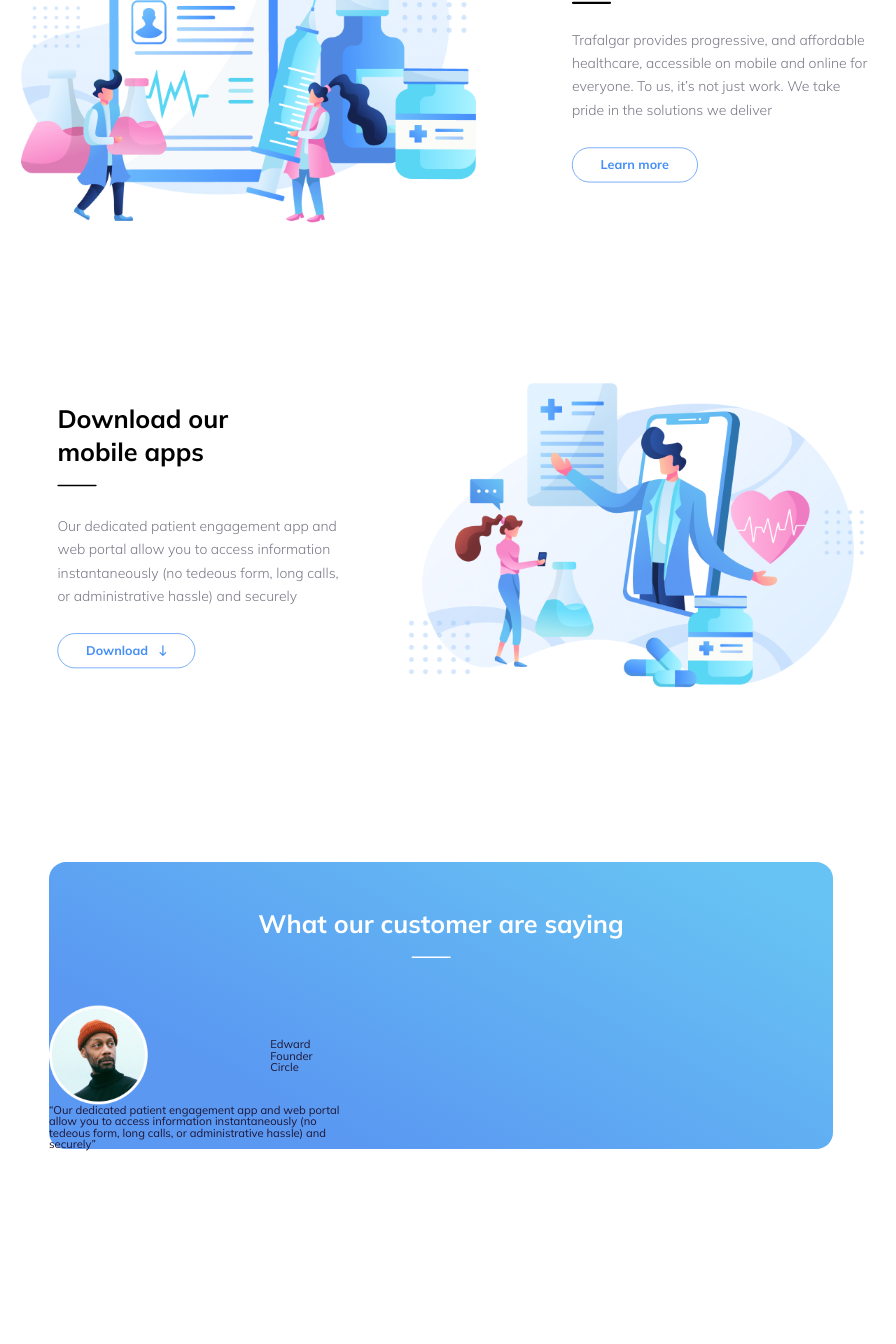
Repository: tungcutte35/Trafalgar
Page: index.html
These files come from the project's save history. The page is drawn as it stood at one moment and after the next save; the edit follows.
The browser window is 1280 px wide. The pictures show the part of the page from y = 2511 to 4431 px (the page is 4431 px tall before and 4354 px after), at 70% of full size.
The style sheet was rebuilt from its Sass, Less or Tailwind sources for each picture, by a compiler version that may differ from the author's.

Above is the page before, as saved 2021-10-18 00:27:00.

### index.html
<!DOCTYPE html>
<html lang="en">
<head>
  <meta charset="UTF-8">
  <meta http-equiv="X-UA-Compatible" content="IE=edge">
  <meta name="viewport" content="width=device-width, initial-scale=1.0">
  <title>Trafalgar</title>
  <link rel="stylesheet" href="./sass/css/app.css">
  <link rel="preconnect" href="https://fonts.googleapis.com">
  <link rel="preconnect" href="https://fonts.gstatic.com" crossorigin>
  <link href="https://fonts.googleapis.com/css2?family=Mulish:wght@300;400;700&display=swap" rel="stylesheet">
 <link rel="stylesheet" href="./font/fontawesome-free-5.15.4-web/css/all.min.css">
</head>
<body>
  <div class="wrapper">
    <header class="header">
    <div class="container">
      <div class="header-main">
        <img srcset="./Images/logo.png 2x" alt="" class="header-img">
        <ul class="menu">
          <li class="menu-item">
            <a href="#" class="menu-link menu-firsd">Home</a>
          </li>
          <li class="menu-item">
            <a href="#" class="menu-link">Find a doctor</a>
          </li>
          <li class="menu-item">
            <a href="#" class="menu-link">Apps</a>
          </li>
          <li class="menu-item">
            <a href="#" class="menu-link">Testimonials</a>
          </li>
          <li class="menu-item">
            <a href="#" class="menu-link">About us</a>
          </li>
          <li class="menu-log">
            <a href="#" class="button button--outline ">Login</a>
          </li>
          <li class="menu-log">
            <a href="#" class="button button--primary ">Logup</a>
          </li>
        </ul>
      </div>
    </div>
    </header>
    <section class="virtual">
      <div class="container">
        <div class="virtual-main">
          <div class="virtual-firsd">
            <h2 class="virtual-heading">Virtual
              for you</h2>
            <p class="text virtual-content">Trafalgar provides progressive, and affordable healthcare, accessible on mobile and online for everyone</p>
            <a href="#" class="button button--primary">Consult today</a>
          </div>
          <div class="virtual-img">
            <img srcset="./Images/img1.png 2x" alt="" class="virtual-imgs">
          </div>
        </div>
      </div>
    </section>
    <secction class="sevices">
      <div class="container">
        <div class="sevices-header">
          <h3 class="heading sevices-heading">Our services</h3>
          <p class="text sevices-content">We provide to you the best choiches for you. Adjust it to your health needs and make sure your undergo treatment with our highly qualified doctors you can consult with us which type of service is suitable for your health</p>
        </div>
        <div class="sevices-main">
          <div class="sevices-item">
            <div class="sevices-price">
            <img class="sevices-img" srcset="./Images/icon1.png 2x" alt="">
            </div>
            <h4 class="heading sevices-title">Search doctor</h4>
            <p class="text sevices-desc">Choose your doctor from thousands of specialist, general, and trusted hospitals</p>
          </div>
          <div class="sevices-item">
            <div class="sevices-price">
            <img class="sevices-img" srcset="./Images/icon2.png 2x" alt="">
            </div>
            <h4 class="heading sevices-title">Online pharmacy</h4>
            <p class="sevices-desc">Buy  your medicines with our mobile application with a simple delivery system</p>
          </div>
          <div class="sevices-item">
            <div class="sevices-price">
            <img class="text sevices-img" srcset="./Images/icon3.png 2x" alt="">
            </div>
            <h4 class="heading sevices-title">Consultation</h4>
            <p class="sevices-desc">Free consultation with our trusted doctors and get the best recomendations</p>
          </div>
          <div class="sevices-item">
            <div class="sevices-price">
            <img class="sevices-img" srcset="./Images/icon4.png 2x" alt="">
            </div>
            <h4 class="heading sevices-title">Details info</h4>
            <p class="text sevices-desc">Free consultation with our trusted doctors and get the best recomendations</p>
          </div>
          <div class="sevices-item">
            <div class="sevices-price">
            <img class="sevices-img" srcset="./Images/icon5.png 2x" alt="">
            </div>
            <h4 class="heading sevices-title">Emergency care</h4>
            <p class="text sevices-desc">You can get 24/7 urgent care for yourself or your children and your lovely family</p>
          </div>
          <div class="sevices-item">
            <div class="sevices-price">
            <img class="sevices-img" srcset="./Images/icon6.png 2x" alt="">
            </div>
            <h4 class="heading sevices-title">Tracking</h4>
            <p class="text sevices-desc">Track and save your medical history and health data </p>
          </div>
        </div>
        <a href="" class="button button--outline sevices-more">Learn more</a>
      </div>
    </secction>
    <section class="lead">
      <div class="container">
        <div class="lead-main">
          <div class="lead-img">
            <img srcset="./Images/img2.png 2x" alt="">
          </div>
          <div class="lead-firsd">
            <h3 class="heading lead-heading">
              Leading healthcare providers
            </h3>
          <div class="lead-title">
            <p class="text lead-content">
              Trafalgar provides progressive, and affordable healthcare, accessible on mobile and online for everyone. To us, it’s not just work. We take pride in the solutions we deliver
            </p>
          </div>
            <a href="#" class="button button--outline">Learn more</a>
          </div>


        </div>
      </div>
    </section>
    <section class="download">
      <div class="container">
        <div class="download-main">
          <div class="dowload-firds">
            <h3 class="heading download-heading">
              Download our mobile apps
            </h3>
            <p class="text download-content">
              Our dedicated patient engagement app and web portal allow you to access information instantaneously (no tedeous form, long calls, or administrative hassle) and securely
            </p>
            <a href="#" class="button button--outline">
              <span>Download</span>
              <img class="download-icon" src="./Images/Bottom.svg" alt="">
            </a>
          </div>
          <img srcset="./Images/img3.png 2x" alt="" class="download-img">
        </div>
      </div>
    </section>
    <section class="customer">
      <div class="container">
        <div class="customer-main">
          <div class="customer-firds">
            <h3 class="heading customer-heading">
              What our customer are saying
            </h3>
          </div>
          <div class="customer-seconds">
            <div class="customer-name">
              <img srcset="./Images/avt.png 2x" alt="">
              <span>
                Edward
                Founder Circle
              </span>
            </div>
            <div class="customer-desc">
              <p class="customer-content">
                “Our dedicated patient engagement app and web portal allow you to access information instantaneously (no tedeous form, long calls, or administrative hassle) and securely”
              </p>
            </div>
          </div>
        </div>
      </div>
    </section>
  </div>
<!-- sass app.scss css/app.css --watch -->

</body>
</html>

### sass/app.scss
@import "reset";
@import "variables";
@import "global";
@import "header";
@import "./menu";
@import "./virtual";
@import "./sevices";
@import "./lead";
@import "./download";
@import "./customer";

### sass/_variables.scss
$font: "Mulish", sans-serif;
$gray: #1f1534;
$heading-color: #000000;
$primary-color: #458ff6;
$footer-color: #fff;
$text-color: #7d7987;

### sass/_global.scss
.wrapper {
  max-width: 1600px;
  margin: 0 auto;
}
.container {
  max-width: 1260px;
  margin: 0 auto;
  padding: 0 20px;
}
body {
  font-family: $font;
  line-height: 1;
  font-size: 16px;
  color: $gray;
}
ul {
  list-style-type: none;
}
.button {
  display: inline-flex;
  justify-content: center;
  align-items: center;
  font-size: 18px;
  font-weight: 700;
  height: 50px;
  padding: 0 40px;
  border-radius: 55px;
  background-color: transparent;
  border: 0;
  outline: none;
  cursor: pointer;
  &--primary {
    color: #fff;
    background-color: $primary-color;
  }
  &--outline {
    color: $primary-color;
    border: 1.4px solid $primary-color;
  }
}
.heading {
  color: black;
  font-weight: 700;
}
.text {
  font-size: 18px;
  font-weight: 300;
  color: $text-color;
  line-height: calc(30 / 18);
}

### sass/_header.scss
.header {
  padding-top: 56px;
  margin-bottom: 70px;
  &-main {
    display: flex;
    justify-content: space-between;
    align-items: center;
  }
  &-log {
    display: flex;
    justify-content: space-between;
    align-items: center;
    gap: 0 40px;
  }
}

### sass/_menu.scss
.menu {
  display: flex;
  align-items: center;
  gap: 0 30px;
  &-link {
    color: #8f8a9a;
    font-size: 18px;
  }
  &-firsd {
    color: $gray;
    font-weight: 700;
  }
  &-link:after {
    display: block;
    content: "";
    border-bottom: solid 2px $primary-color;
    transform: scaleX(0);
    transition: transform 250ms ease-in-out;
  }
  &-link:hover:after {
    transform: scaleX(1);
  }
  &-link:hover {
    color: $primary-color;
  }
}

### sass/_virtual.scss
.virtual {
  margin-bottom: 175px;
  &-main {
    display: flex;
    justify-content: space-between;
    align-items: center;
  }
  &-firsd {
    width: 100%;
    max-width: 445px;
    padding-right: 2px;
  }
  &-heading {
    font-size: 48px;
    width: 100%;
    max-width: 197px;
    line-height: calc(56 / 48);
    margin-bottom: 25px;
  }
  &-content {
    font-size: 21px;
    font-weight: 300;
    line-height: calc(32 / 21);
    margin-bottom: 45px;
  }
}

### sass/_sevices.scss
.sevices {
  &-header {
    max-width: 952px;
    margin: 0 auto 35px;
    text-align: center;
  }
  &-heading {
    font-size: 36px;
    line-height: calc(56 / 36);
    position: relative;
    &::after {
      content: "";
      position: absolute;
      bottom: -23px;
      left: 47%;
      width: 56px;
      height: 2px;
      background-color: black;
    }
  }
  &-content {
    display: flex;
    align-items: center;
    justify-content: center;
    margin-top: 50px;
  }
  &-main {
    display: grid;
    grid-template-columns: repeat(3, 1fr);
    grid-gap: 37px 34px;
    max-width: 1120px;
    margin: 35px 40px;
    position: relative;
  }
  &-item {
    height: 350px;
    background-color: #fff;
    border-radius: 20px;
    box-shadow: 10px 40px 50px rgba(229, 233, 246, 0.4);
  }
  &-img {
    padding: 54px 0 23px 37px;
  }
  &-title {
    font-size: 24px;
    padding: 0 0 1px 38px;
  }
  &-desc {
    font-size: 16px;
    font-weight: 300;
    line-height: calc(28 / 16);
    max-width: 266px;
    margin-left: 38px;
  }
  &-price {
    height: 170px;
    width: auto;
  }
  &-more {
    margin: 190px 0;
    margin-left: 42%;
  }
}

### sass/_lead.scss
.lead {
  margin-bottom: 230px;
  &-main {
    display: flex;
    justify-content: space-between;
    align-items: center;
    gap: 0 137px;
  }
  &-img {
    width: 100%;
    max-width: 650px;
  }
  &-firsd {
    max-width: 486px;
    margin-top: -30px;
  }
  &-heading {
    font-size: 36px;
    line-height: calc(56 / 36);
    margin-bottom: 60px;
    position: relative;

    &::after {
      content: "";
      position: absolute;
      width: 56px;
      height: 3px;
      bottom: -26px;
      left: 0;
      border-radius: 10px;
      background-color: black;
    }
  }
  &-content {
    max-width: 430px;
    height: auto;
    font-size: 20px;
    line-height: calc(30 / 18);
    margin-bottom: 37px;
  }
}

### sass/_download.scss
.download {
  margin-bottom: 250px;
  margin-left: 62px;
  &-main {
    display: flex;
    justify-content: space-between;
    align-items: center;
    gap: 0 71px;
    width: 100%;
    max-width: 1156px;
    position: relative;
  }
  &-firsd {
    max-width: 420px;
    padding-left: 145px;
  }
  &-heading {
    max-width: 254px;
    font-size: 36px;
    line-height: calc(47 / 36);
    padding-bottom: 66px;
    position: relative;
    &::after {
      content: "";
      position: absolute;
      width: 56px;
      height: 2px;
      bottom: 40px;
      left: 0;
      border-radius: 6px;
      background-color: black;
    }
  }
  &-content {
    max-width: 410px;
    font-size: 20px;
    line-height: calc(30 / 18);
    margin-bottom: 37px;
  }
  &-icon {
    padding-left: 15px;
  }
}

### sass/_customer.scss
.customer {
  margin-bottom: 278px;
  &-main {
    max-width: 1120px;
    margin-left: 40px;
    background: linear-gradient(208.18deg, #67c3f3 9.05%, #5a98f2 76.74%);
    border-radius: 24px;
  }
  &-firds {
    display: flex;
    align-items: center;
    justify-content: center;
  }
  &-heading {
    max-width: 522px;
    font-size: 36px;
    color: white;
    line-height: calc(48 / 36);
    margin-top: 64px;
    position: relative;
    margin-bottom: 93px;
    &::after {
      content: "";
      position: absolute;
      bottom: -25px;
      left: 42%;
      width: 56px;
      height: 2px;
      background-color: white;
      border-radius: 6px;
    }
  }
  &-seconds {
    max-width: 420px;
  }
  &-name {
    display: flex;
    justify-content: space-between;
    align-items: center;
    gap: 0 175px;
  }
}

Loaded but not shown: font/fontawesome-free-5.15.4-web/css/all.min.css (library); sass/_reset.scss (common file)

After the next save:
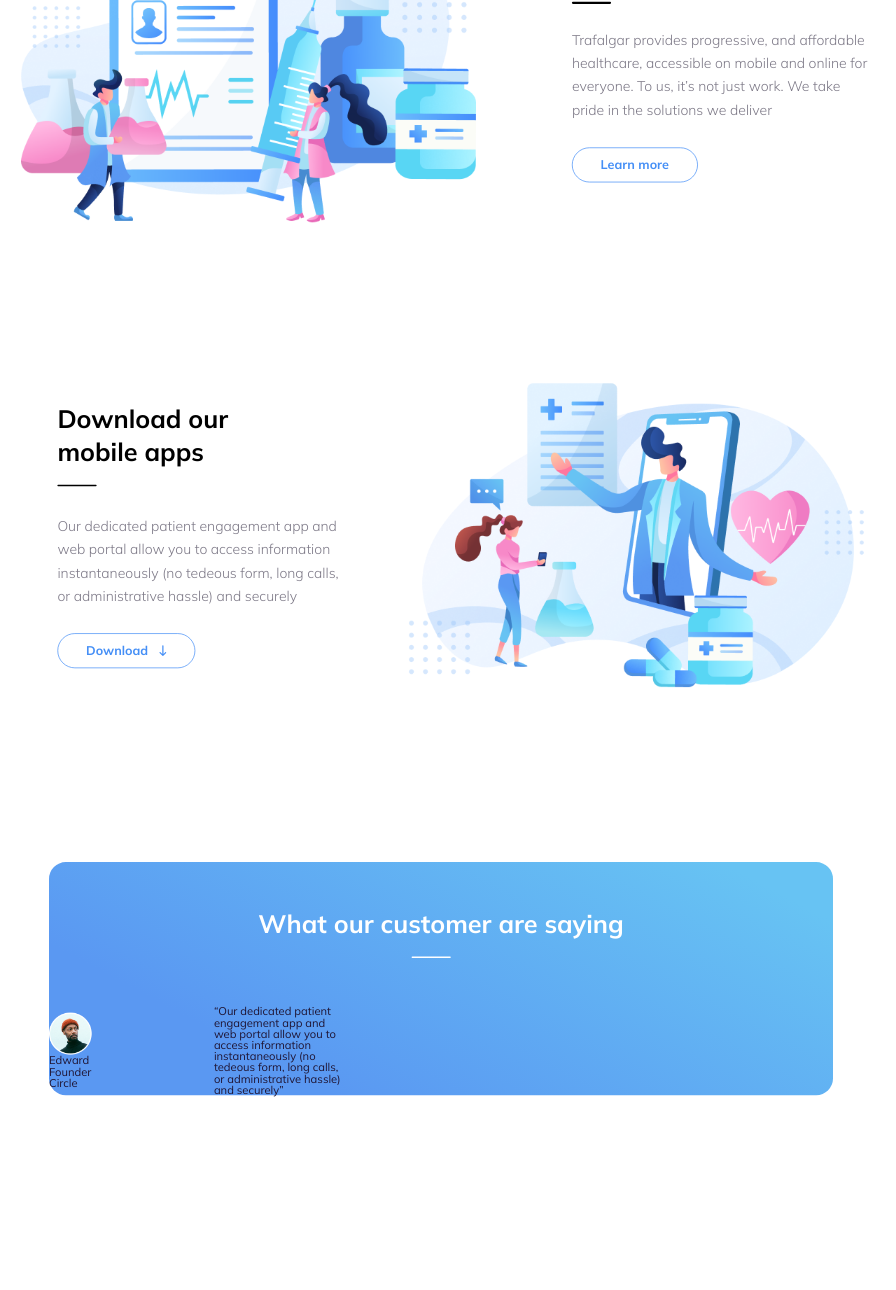
Saved 12 s later.
--- a/sass/_customer.scss
+++ b/sass/_customer.scss
@@ -32,11 +32,11 @@
   }
   &-seconds {
     max-width: 420px;
-  }
-  &-name {
     display: flex;
     justify-content: space-between;
     align-items: center;
     gap: 0 175px;
   }
+  &-name {
+  }
 }
